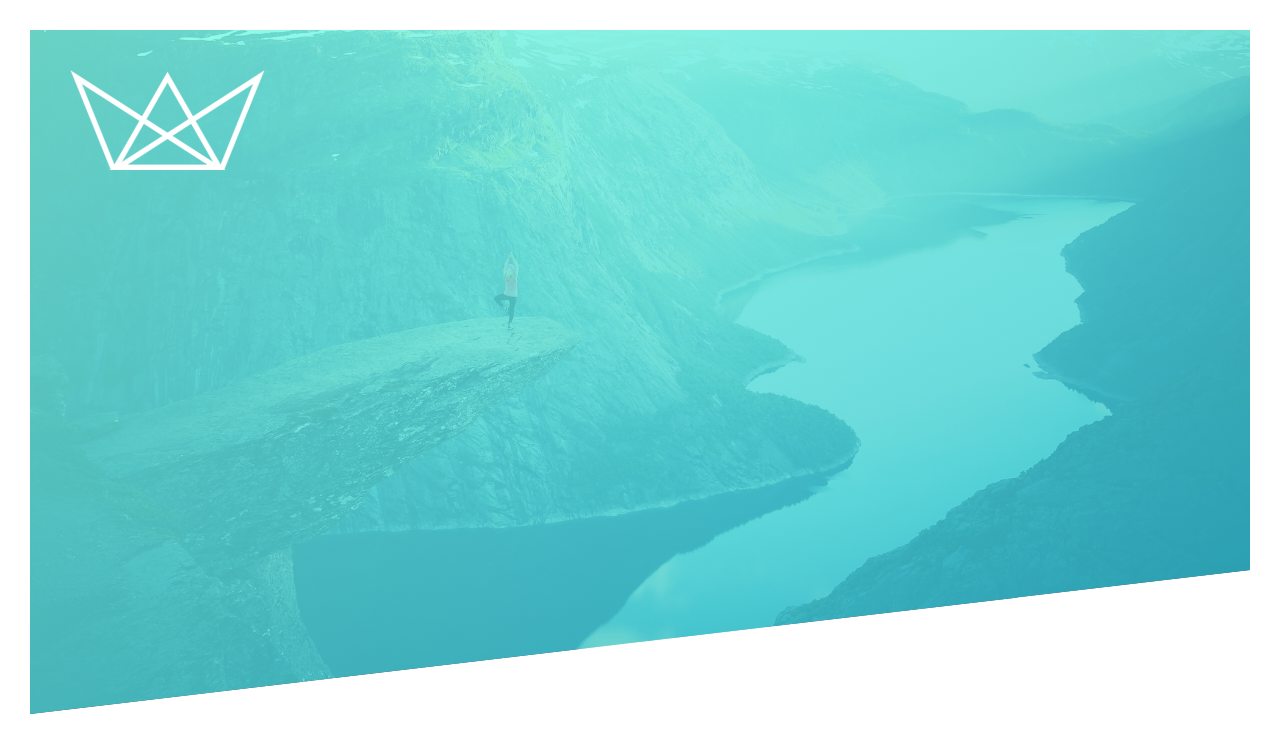
Repository: haokiet2501/natours-page
Page: index.html
An editor plug-in stored every save of this project. The page is shown before and after the next save, followed by the edit.
The browser window is 1280 px wide. The pictures show the whole page.

Above is the page before, as saved 2022-07-31 16:56:25.

### index.html
<!DOCTYPE html>
<html lang="en">
<head>
    <meta charset="UTF-8">
    <meta http-equiv="X-UA-Compatible" content="IE=edge">
    <meta name="viewport" content="width=device-width, initial-scale=1.0">
    <link rel="shortcut icon" href="img/favicon.png" type="image/x-icon">
    <link rel="stylesheet" href="styles.css">
    <title>Natours</title>
</head>
<body>
    <header class="header">
        <div class="logo">
            <img src="img/logo-white.png" alt="Logo" class="logo-img">
        </div>
    </header>
</body>
</html>

### styles.css
@import url('https://fonts.googleapis.com/css2?family=Lato:wght@300;400;700;900&display=swap');

* {
    margin: 0;
    padding: 0;
    box-sizing: border-box;
}

:root {
    --lighten-blue: #69ffd7;
    --medium-blue: #3badd4;
    --dark-blue: #1b92c2;
}

body {
    font-family: "Lato", sans-serif;
    line-height: 1.7;
    font-weight: 400;
    font-size: 16px;
    color: #777;
    padding: 30px;
}

html {
    scroll-behavior: smooth;
}

.header {
    position: relative;
    height: 95vh;
    background-image: linear-gradient(
        to right bottom,
        rgba(126, 255, 232, 0.8),
        rgba(40, 187, 208, 0.8)
        ) ,url("./img/hero.jpg");
    background-size: cover;
    background-position: top;
    clip-path: polygon(0 0, 100% 0, 100% 75vh, 0 100%);
}

.logo {
    position: absolute;
    top: 40px;
    left: 40px;
}

.logo-img {

}

After the next save:
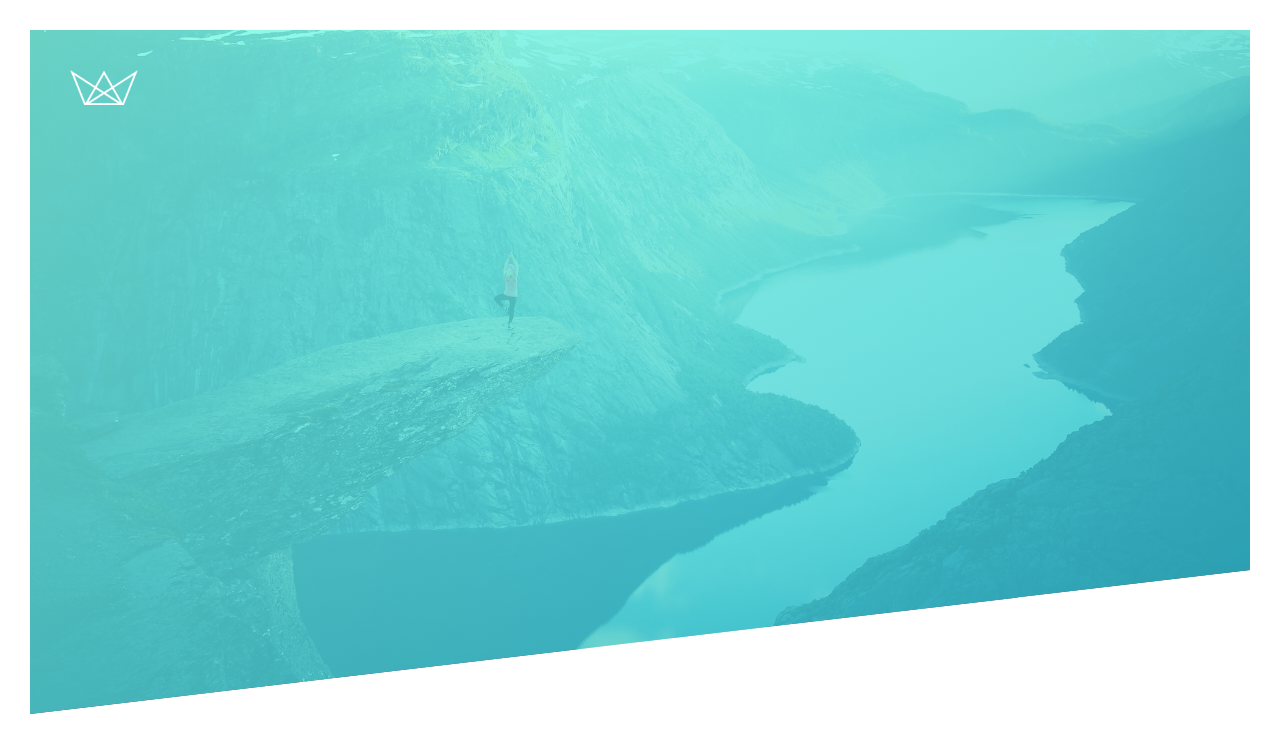
Saved 4 s later.
--- a/styles.css
+++ b/styles.css
@@ -45,5 +45,5 @@ html {
 }
 
 .logo-img {
-
+    height: 35px;
 }
